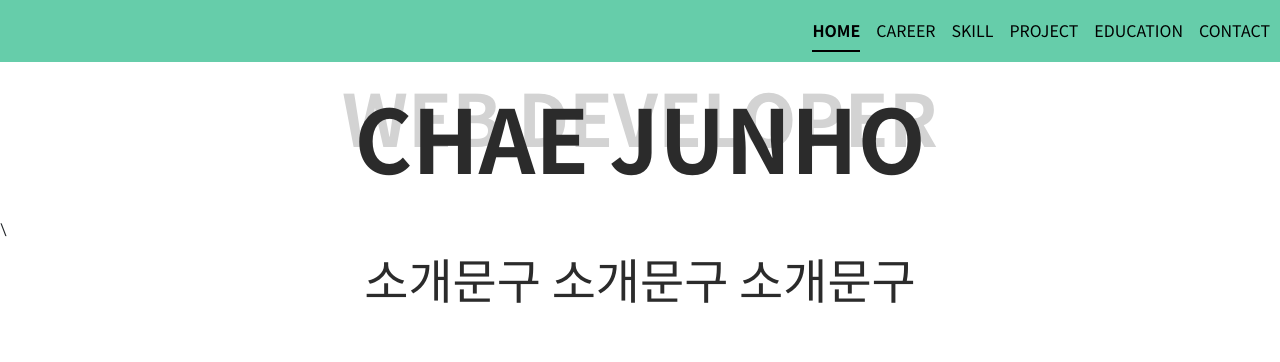
Repository: chaejunho689/bitcamp
Page: PersonalProject/src/main/webapp/index.html
These files come from the project's save history. The page is drawn as it stood at one moment and after a run of saves; the edit follows.
The browser window is 1280 px wide. The pictures show the whole page.

Above is the page before, as saved 2024-08-29 08:39:08.

### PersonalProject/src/main/webapp/index.html
<!DOCTYPE html>
<html>
<head>
<meta charset="UTF-8">
<title>Insert title here</title>
<link
	href="https://cdn.jsdelivr.net/npm/bootstrap@5.3.3/dist/css/bootstrap.min.css"
	rel="stylesheet"
	integrity="sha384-QWTKZyjpPEjISv5WaRU9OFeRpok6YctnYmDr5pNlyT2bRjXh0JMhjY6hW+ALEwIH"
	crossorigin="anonymous">
<style type="text/css">
@import url('https://fonts.googleapis.com/css2?family=Work+Sans:ital,wght@0,100..900;1,100..900&display=swap');
@import url('https://fonts.googleapis.com/css2?family=Noto+Sans+KR:wght@100..900&family=Work+Sans:ital,wght@0,100..900;1,100..900&display=swap');
	* {
		font-family: 'Noto Sans KR';
	}
	.navbar-brand {
		font-size: 2em;
		font-family: 'Bebas Neue';
	}

	#navbar_top {
		background-color: #66CDAA;
		padding: 5px 5px 5px 5px;
	}

	ul > li {
		font-family: 'Work Sans';
	}

	ul.nav li a, ul.nav li a:visited {
    	color: #000000 !important;
	}

	ul.nav li a:hover, ul.nav li a:active {
	    color: #000000 !important;
	}

	ul.nav li.active a {
	    color: #000000 !important;
	}

	#maincontent > div {
		font-family: 'Work Sans';

	}

	#maincontent > div > p {
		text-align: center;
	}



	#div_job > p {
		font-weight: 800;
		font-size: 4.5em;
		color: #D3D3D3;
		margin-bottom: -100px;
	}

	#div_name > p {
		font-weight: 900;
		font-size: 5.5em;
		color : #2b2b2b;
		margin-top: -100px;
	}

	#div_copyright > p {
		font-family: 'Noto Sans KR' !important;
		font-size: 3em;
		font-weight: 400;
		color: #2b2b2b;
	}

</style>
</head>
<body>
	<!-- gnb -->
	<nav class="navbar_top" id="navbar_top">
		<ul class="nav nav-underline justify-content-end" id="navbar_top" >
			<li class="nav-item"><a class="nav-link active"	aria-current="page" href="./index.html">HOME</a></li>
			<li class="nav-item"><a class="nav-link" href="#">CAREER</a></li>
			<li class="nav-item"><a class="nav-link" href="#">SKILL</a></li>
			<li class="nav-item"><a class="nav-link" href="#">PROJECT</a></li>
			<li class="nav-item"><a class="nav-link" href="#">EDUCATION</a></li>
			<li class="nav-item"><a class="nav-link" href="#">CONTACT</a></li>
		</ul>
	</nav>

	<div id="maincontent"> <!-- content -->
		<div id="div_job">
			<p> WEB DEVELOPER	</p>
		</div >
		<div id="div_name">
			<p> CHAE JUNHO </p>
		</div>
		<div id="div_copyright">\
			<p > 소개문구 소개문구 소개문구  </p>
			<p style="display: none;"> 끊임없이 생각하고 발전하는 개발자 채준호입니다. </p>
		</div>
	</div>

<script
src="https://cdn.jsdelivr.net/npm/bootstrap@5.3.3/dist/js/bootstrap.bundle.min.js"
integrity="sha384-YvpcrYf0tY3lHB60NNkmXc5s9fDVZLESaAA55NDzOxhy9GkcIdslK1eN7N6jIeHz"
crossorigin="anonymous"></script>
<script type="text/javascript"
	src="http://code.jquery.com/jquery-3.7.1.min.js"></script>
<script type="text/javascript">
$(function() {

	$('#menurotateicon').click(function(){

	})
});
</script>
</body>
</html>

After the next 2 saves:
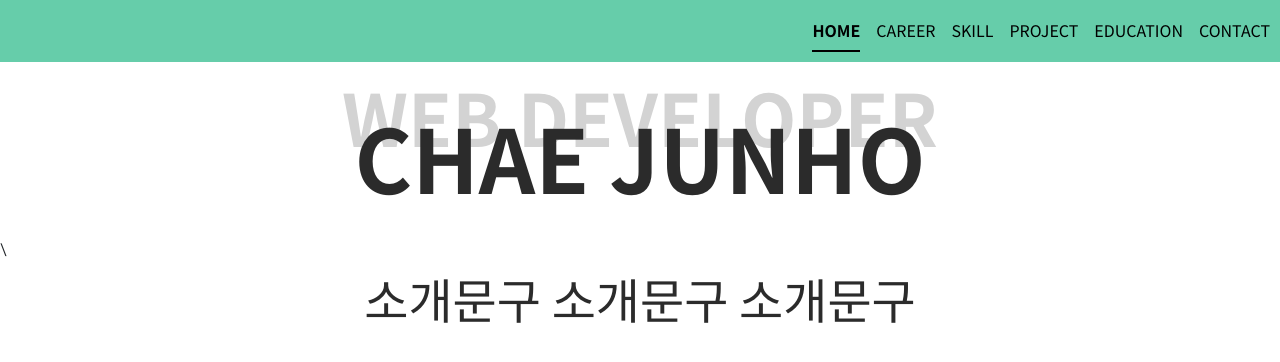
The 2 saves are shown as one change because they came seconds apart.
The last was saved 13 s later.
--- a/PersonalProject/src/main/webapp/index.html
+++ b/PersonalProject/src/main/webapp/index.html
@@ -55,14 +55,14 @@
 		font-weight: 800;
 		font-size: 4.5em;
 		color: #D3D3D3;
-		margin-bottom: -100px;
+		margin-bottom: -80px;
 	}
 
 	#div_name > p {
 		font-weight: 900;
 		font-size: 5.5em;
 		color : #2b2b2b;
-		margin-top: -100px;
+		margin-top: -70px;
 	}
 
 	#div_copyright > p {
